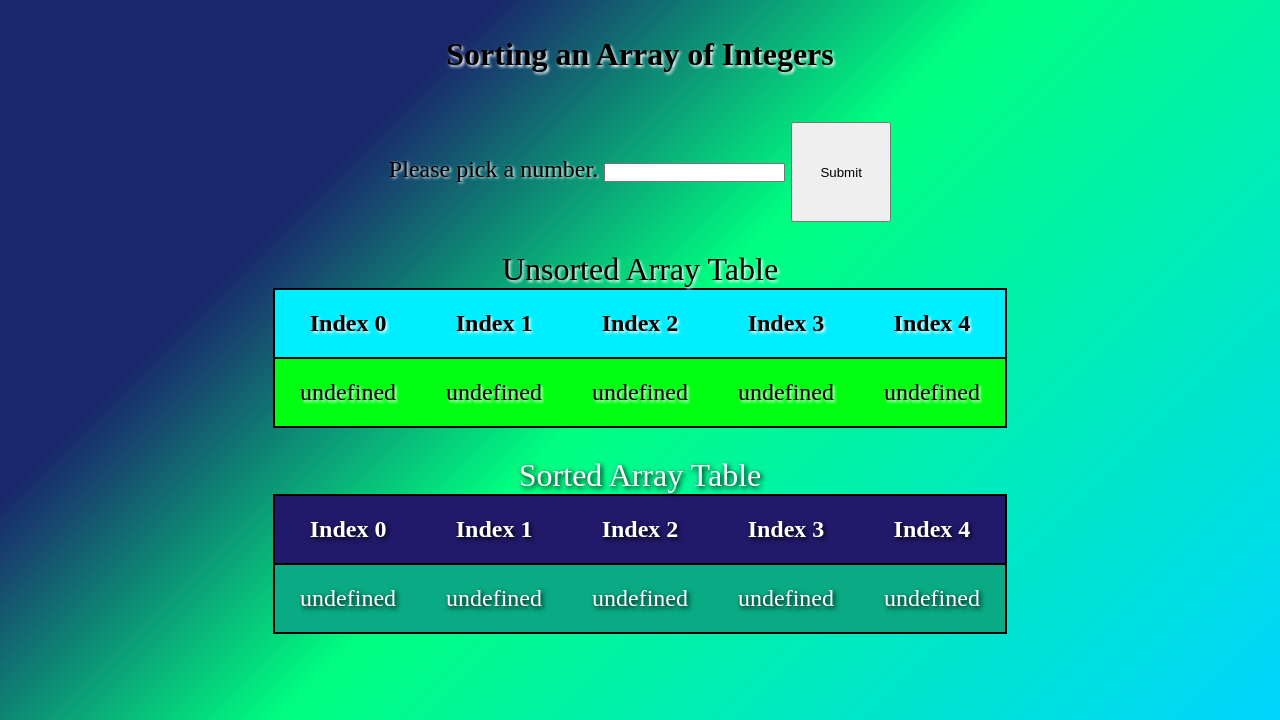
Repository: mlmEFSC21/P16-Sorting-Integers
Page: sort.html
These files come from the project's save history. The page is drawn as it stood at one moment and after the next save; the edit follows.
The browser window is 1280 px wide. The pictures show the whole page.

Above is the page before, as saved 2022-03-28 14:39:26.

After the next save:
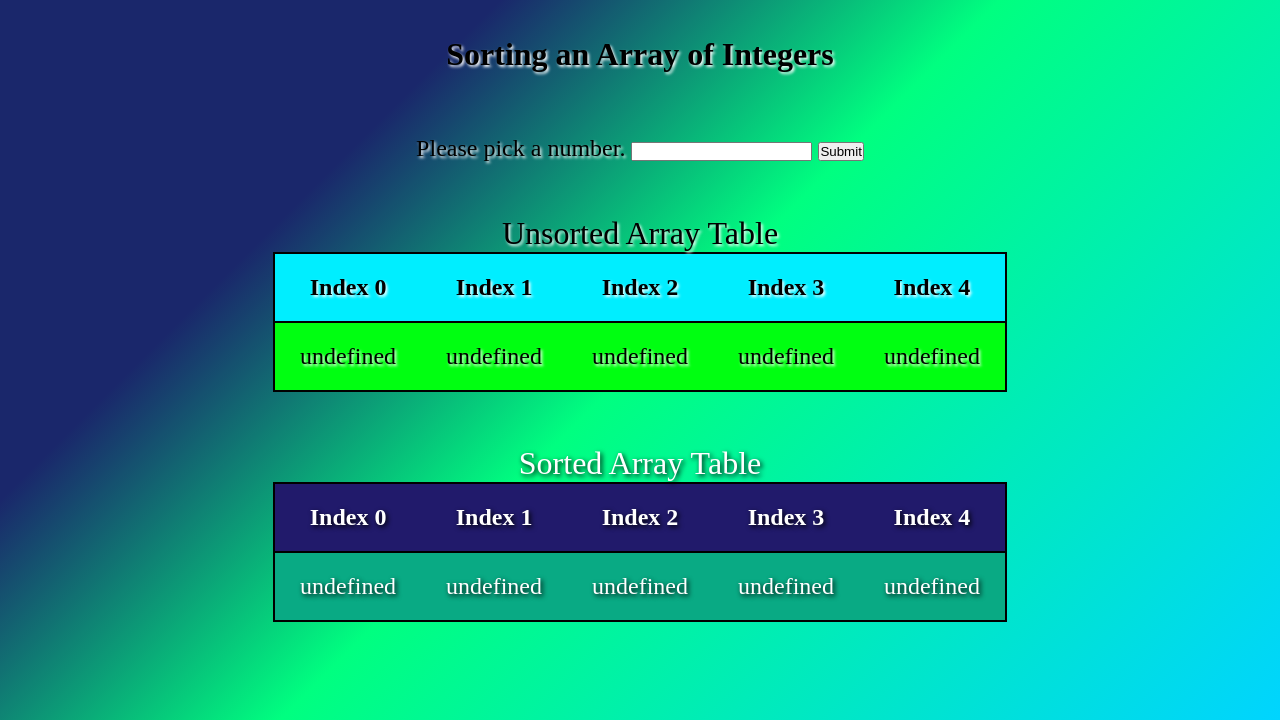
Saved 9 s later.
--- a/sort.css
+++ b/sort.css
@@ -44,8 +44,6 @@ body {
     justify-self: center;
 }
 button {
-    height: 100px;
-    width: 100px;
 }
 table {
     border-collapse: collapse;
